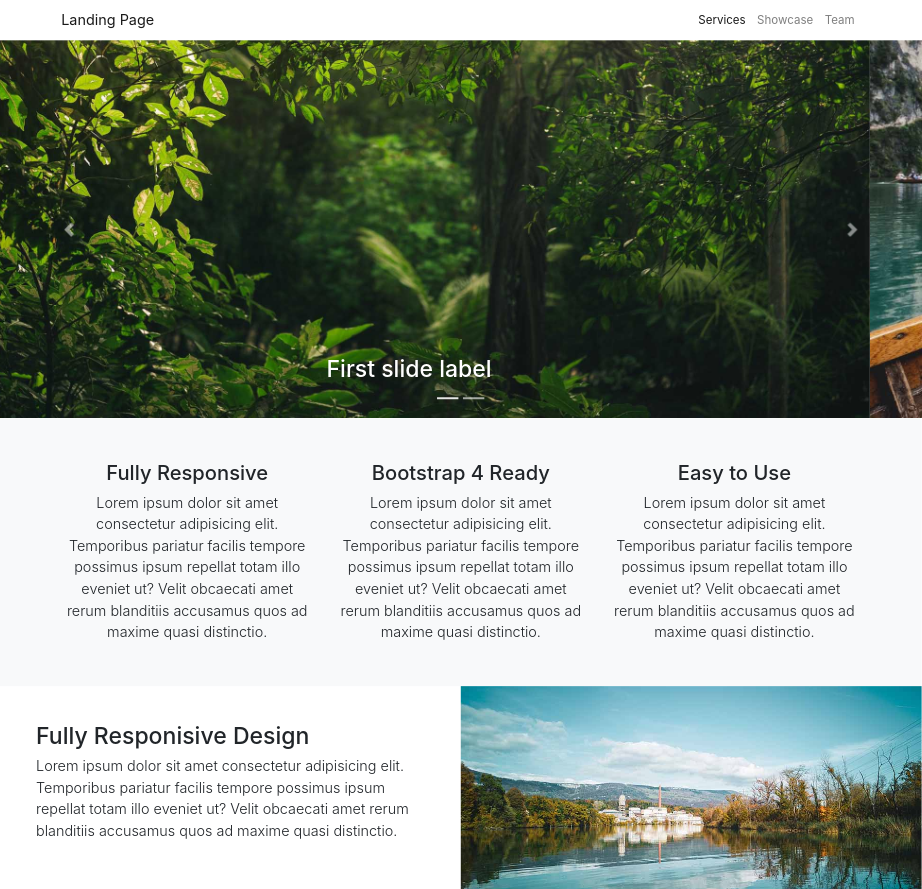
Repository: magdaf41/Bootstrap
Page: zadanie 3/index.html
These files come from the project's save history. The page is drawn as it stood at one moment and after the next save; the edit follows.
The browser window is 1280 px wide. The pictures show the whole page, at 72% of full size.

Above is the page before, as saved 2020-09-18 08:56:55.

### zadanie 3/index.html
<!doctype html>
<html lang="en">

<head>
    <!-- Required meta tags -->
    <meta charset="utf-8">
    <meta name="viewport" content="width=device-width, initial-scale=1, shrink-to-fit=no">
    <title>Landing Page</title>
    <!-- Bootstrap CSS -->
    <link rel="stylesheet" href="https://stackpath.bootstrapcdn.com/bootstrap/4.5.2/css/bootstrap.min.css"
        integrity="sha384-JcKb8q3iqJ61gNV9KGb8thSsNjpSL0n8PARn9HuZOnIxN0hoP+VmmDGMN5t9UJ0Z" crossorigin="anonymous">

    <link rel="stylesheet" href="css/style.css">
    <link rel="stylesheet" href="https://use.fontawesome.com/releases/v5.7.2/css/all.css"
        integrity="sha384-fnmOCqbTlWIlj8LyTjo7mOUStjsKC4pOpQbqyi7RrhN7udi9RwhKkMHpvLbHG9Sr" crossorigin="anonymous">
</head>

<body>
    <nav class="navbar navbar-expand-lg navbar-light ">
        <div class="container">
            <a class="navbar-brand" href="#">Landing Page</a>
            <button class="navbar-toggler" type="button" data-toggle="collapse" data-target="#navbarNav"
                aria-controls="navbarNav" aria-expanded="false" aria-label="Toggle navigation">
                <span class="navbar-toggler-icon"></span>
            </button>
            <div class="collapse navbar-collapse" id="navbarNav">
                <ul class="navbar-nav ml-auto">
                    <li class="nav-item active">
                        <a class="nav-link" href="#">Services</span></a>
                    </li>
                    <li class="nav-item">
                        <a class="nav-link" href="#">Showcase</a>
                    </li>
                    <li class="nav-item">
                        <a class="nav-link" href="#">Team</a>
                    </li>

                </ul>
            </div>
        </div>

    </nav>

    <div id="carouselExampleCaptions" class="carousel slide" data-ride="carousel">
        <ol class="carousel-indicators">
            <li data-target="#carouselExampleCaptions" data-slide-to="0" class="active"></li>
            <li data-target="#carouselExampleCaptions" data-slide-to="1"></li>
        </ol>
        <div class="carousel-inner">
            <div class="carousel-item active">
                <img src="img/slider-1.jpg" class="d-block w-100" alt="View 1">
                <div class="carousel-caption">
                    <h2>First slide label</h2>
                </div>
            </div>
            <div class="carousel-item">
                <img src="img/slider-2.jpg" class="d-block w-100" alt="View 2">
                <div class="carousel-caption">
                    <h2>Second slide label</h2>
                </div>
            </div>
        </div>
        <a class="carousel-control-prev" href="#carouselExampleCaptions" role="button" data-slide="prev">
            <span class="carousel-control-prev-icon" aria-hidden="true"></span>
            <span class="sr-only">Previous</span>
        </a>
        <a class="carousel-control-next" href="#carouselExampleCaptions" role="button" data-slide="next">
            <span class="carousel-control-next-icon" aria-hidden="true"></span>
            <span class="sr-only">Next</span>
        </a>
    </div>

    <section id="services" class="services bg-light">
        <div class="container text-center">
            <div class="row">
                <div class="col-md-4 service-item">
                    <h3>Fully Responsive</h3>
                    <p class="lead mb-0">Lorem ipsum dolor sit amet consectetur adipisicing elit. Temporibus pariatur
                        facilis tempore
                        possimus ipsum repellat totam illo eveniet ut? Velit obcaecati amet rerum blanditiis accusamus
                        quos ad maxime quasi distinctio.</p>
                </div>
                <div class="col-md-4 service-item">
                    <h3>Bootstrap 4 Ready</h3>
                    <p class="lead mb-0">Lorem ipsum dolor sit amet consectetur adipisicing elit. Temporibus pariatur
                        facilis tempore
                        possimus ipsum repellat totam illo eveniet ut? Velit obcaecati amet rerum blanditiis accusamus
                        quos ad maxime quasi distinctio.</p>
                </div>

                <div class="col-md-4 service-item">
                    <h3>Easy to Use</h3>
                    <p class="lead mb-0">Lorem ipsum dolor sit amet consectetur adipisicing elit. Temporibus pariatur
                        facilis tempore
                        possimus ipsum repellat totam illo eveniet ut? Velit obcaecati amet rerum blanditiis accusamus
                        quos ad maxime quasi distinctio.</p>
                </div>


            </div>
        </div>
    </section>

    <section id="showcase" class="showcase">
        <div class="container-fluid">
            <div class="row">
                <div class="col-md-6 order-md-2 showcase-img" style="background-image: url('img/view-1.jpg');"></div>
                <div class="col-md-6 order-md-1 showcase-text">
                    <h2>Fully Responisive Design</h2>
                    <p class="lead">Lorem ipsum dolor sit amet consectetur adipisicing elit. Temporibus pariatur
                        facilis tempore
                        possimus ipsum repellat totam illo eveniet ut? Velit obcaecati amet rerum blanditiis accusamus
                        quos ad maxime quasi distinctio.</p>
                </div>
            </div>
            <div class="row"></div>
            <div class="row"></div>

        </div>

    </section>


    <!-- Optional JavaScript -->
    <!-- jQuery first, then Popper.js, then Bootstrap JS -->
    <script src="https://code.jquery.com/jquery-3.5.1.slim.min.js"
        integrity="sha384-DfXdz2htPH0lsSSs5nCTpuj/zy4C+OGpamoFVy38MVBnE+IbbVYUew+OrCXaRkfj"
        crossorigin="anonymous"></script>
    <script src="https://cdn.jsdelivr.net/npm/popper.js@1.16.1/dist/umd/popper.min.js"
        integrity="sha384-9/reFTGAW83EW2RDu2S0VKaIzap3H66lZH81PoYlFhbGU+6BZp6G7niu735Sk7lN"
        crossorigin="anonymous"></script>
    <script src="https://stackpath.bootstrapcdn.com/bootstrap/4.5.2/js/bootstrap.min.js"
        integrity="sha384-B4gt1jrGC7Jh4AgTPSdUtOBvfO8shuf57BaghqFfPlYxofvL8/KUEfYiJOMMV+rV"
        crossorigin="anonymous"></script>
</body>

</html>

### zadanie 3/css/style.css
section {
    padding: 60px 0;
}

.showcase-img {
    background-size: cover;
    background-position: center;
}

.showcase-text {
    padding: 50px;
}

.showcase {
    padding: 0;
}

@media(max-width: 768px) {
    .service-item {
        margin-bottom: 50px;
    }
    .service-item:last-child {
        margin: 0;
    }
    .showcase-img {
        height: 300px;
    }
}

After the next save:
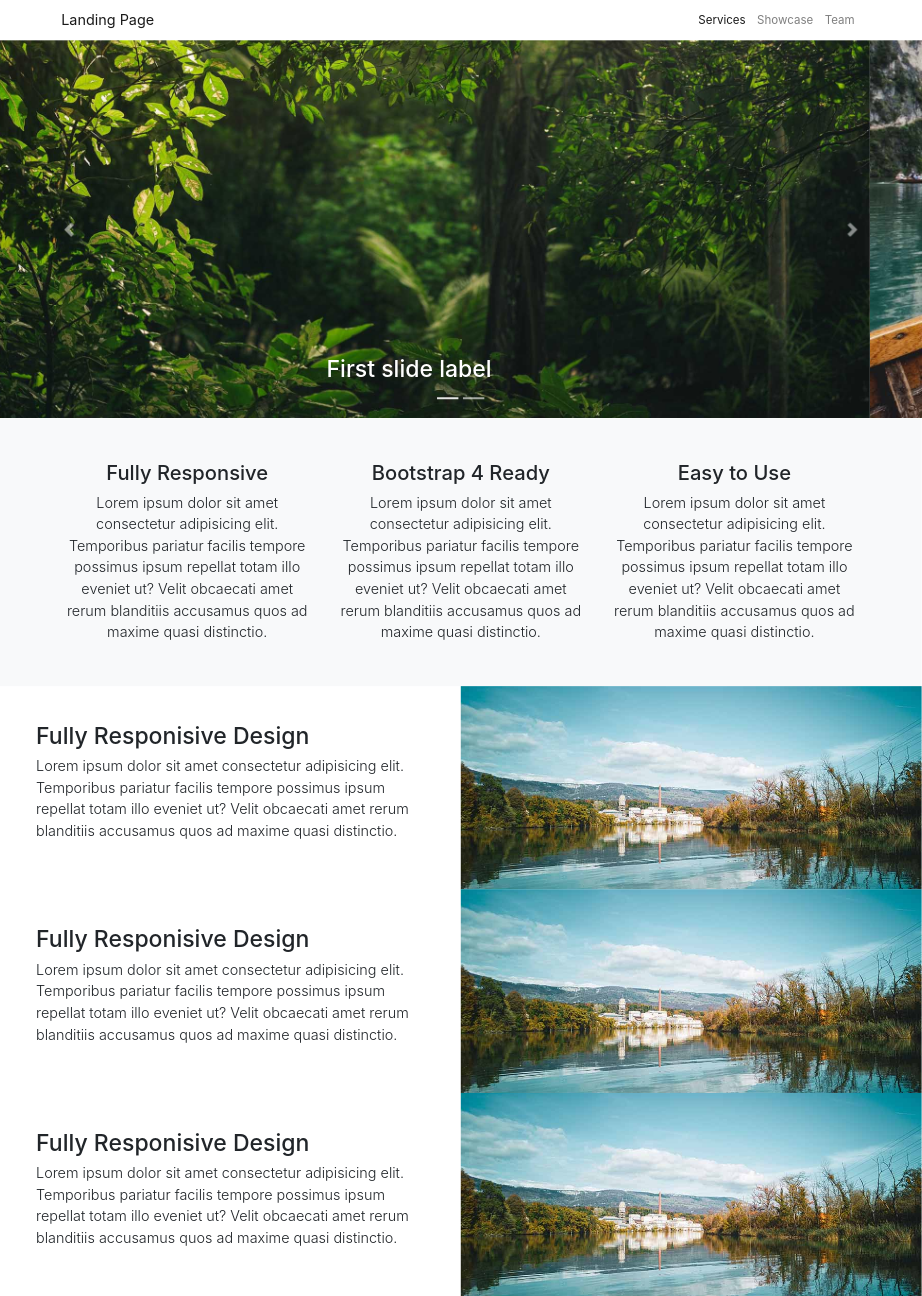
Saved 82 s later.
--- a/zadanie 3/index.html
+++ b/zadanie 3/index.html
@@ -113,8 +113,26 @@
                         quos ad maxime quasi distinctio.</p>
                 </div>
             </div>
-            <div class="row"></div>
-            <div class="row"></div>
+            <div class="row">
+                <div class="col-md-6 order-md-2 showcase-img" style="background-image: url('img/view-1.jpg');"></div>
+                <div class="col-md-6 order-md-1 showcase-text">
+                    <h2>Fully Responisive Design</h2>
+                    <p class="lead">Lorem ipsum dolor sit amet consectetur adipisicing elit. Temporibus pariatur
+                        facilis tempore
+                        possimus ipsum repellat totam illo eveniet ut? Velit obcaecati amet rerum blanditiis accusamus
+                        quos ad maxime quasi distinctio.</p>
+                </div>
+            </div>
+            <div class="row">
+                <div class="col-md-6 order-md-2 showcase-img" style="background-image: url('img/view-1.jpg');"></div>
+                <div class="col-md-6 order-md-1 showcase-text">
+                    <h2>Fully Responisive Design</h2>
+                    <p class="lead">Lorem ipsum dolor sit amet consectetur adipisicing elit. Temporibus pariatur
+                        facilis tempore
+                        possimus ipsum repellat totam illo eveniet ut? Velit obcaecati amet rerum blanditiis accusamus
+                        quos ad maxime quasi distinctio.</p>
+                </div>
+            </div>
 
         </div>
 
